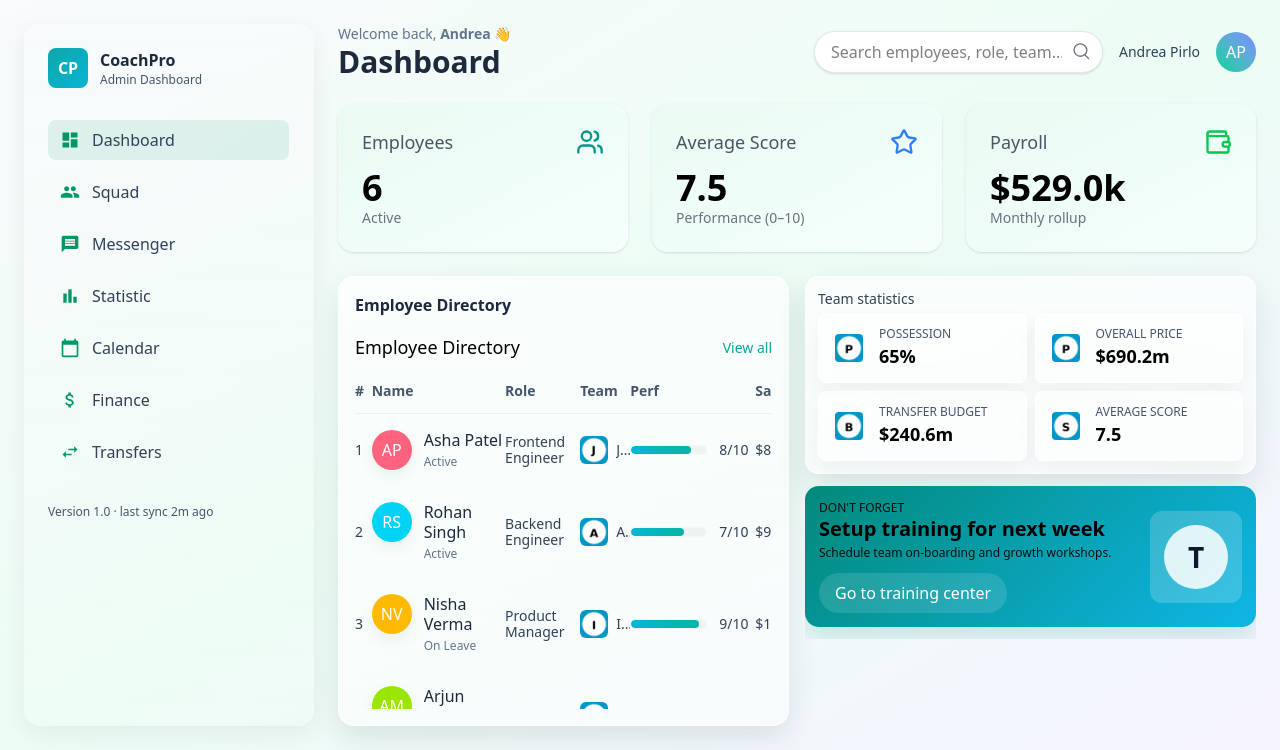
Repository: Khushichugh14/crm-dashboard
Page: /
The author's editor kept a copy of each file at every save. The page is drawn from the files as they stood at one save, then again after a run of saves.
The browser window is 1280 px wide. The pictures show the whole page.
The project was rebuilt for these pictures with package versions that can differ from the ones it lists, and the page was loaded fresh each time. Also part of the build but not shown: vite.config.ts.

Above is the page before, as saved 2025-12-12 12:21:26.

After the next 2 saves:
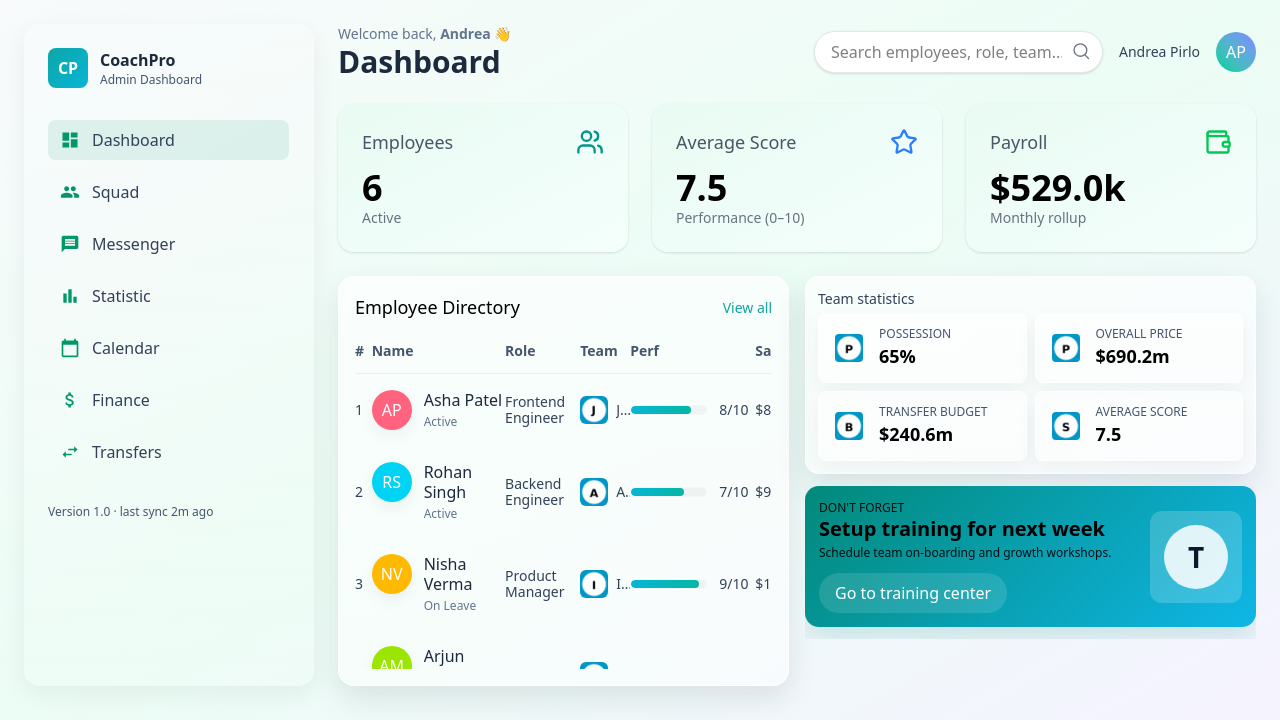
The 2 saves are shown as one change because 1 did not build or start.
The last was saved 106 s later.
--- a/src/pages/Dashboard.tsx
+++ b/src/pages/Dashboard.tsx
@@ -159,9 +159,7 @@ export default function Dashboard(): JSX.Element {
                 boxShadow: THEME.glassShadow,
               }}
             >
-              <h2 className="font-semibold text-slate-800 mb-4">
-                Employee Directory
-              </h2>
+
 
               <div
                 className="overflow-auto"
